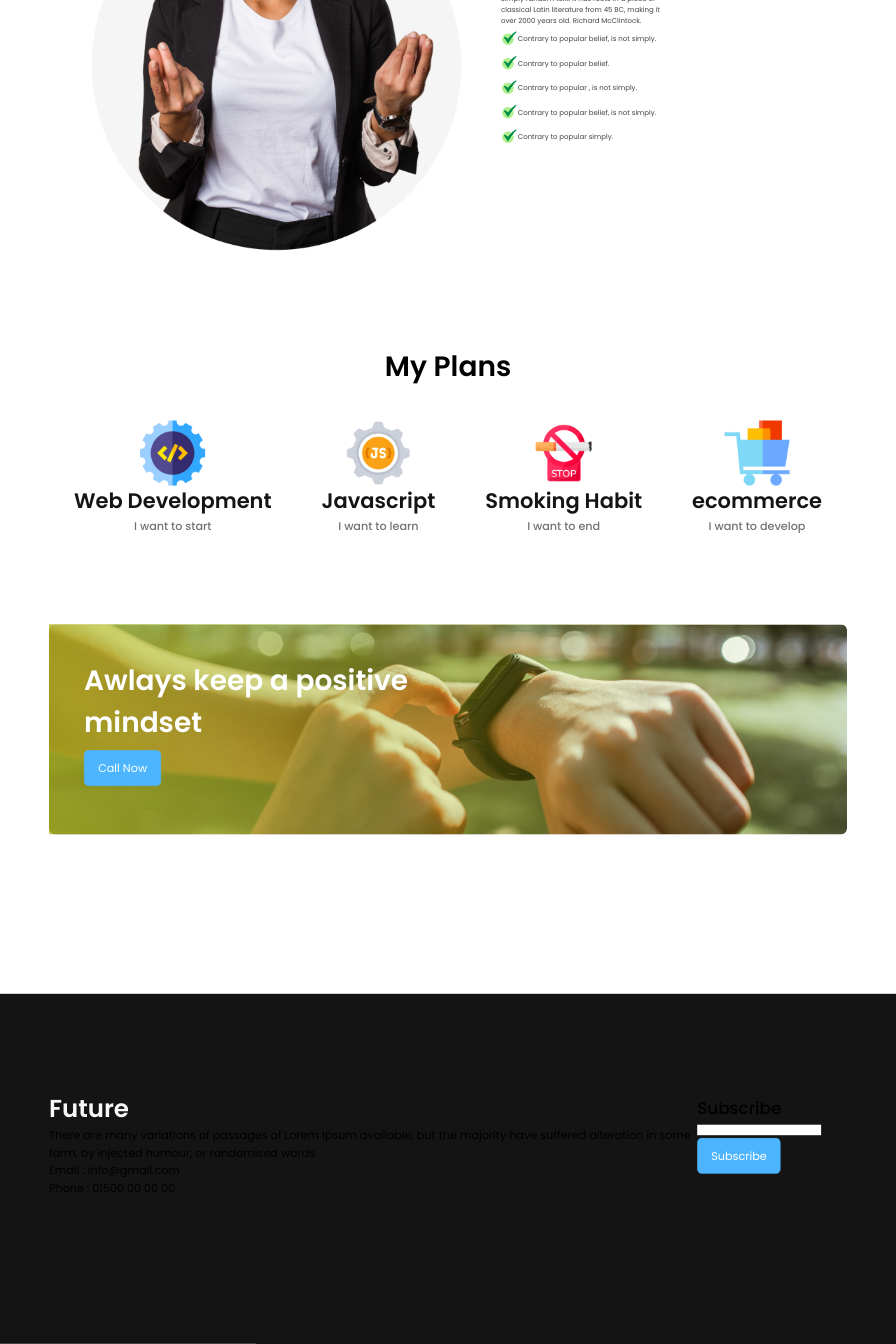
Repository: mdrubel02/new-year-new-mission
Page: index.html
These files come from the project's save history. The page is drawn as it stood at one moment and after the next save; the edit follows.
The browser window is 1280 px wide. The pictures show the part of the page from y = 1214 to 3134 px (the page is 3134 px tall), at 70% of full size.

Above is the page before, as saved 2023-01-07 01:50:28.

After the next save:
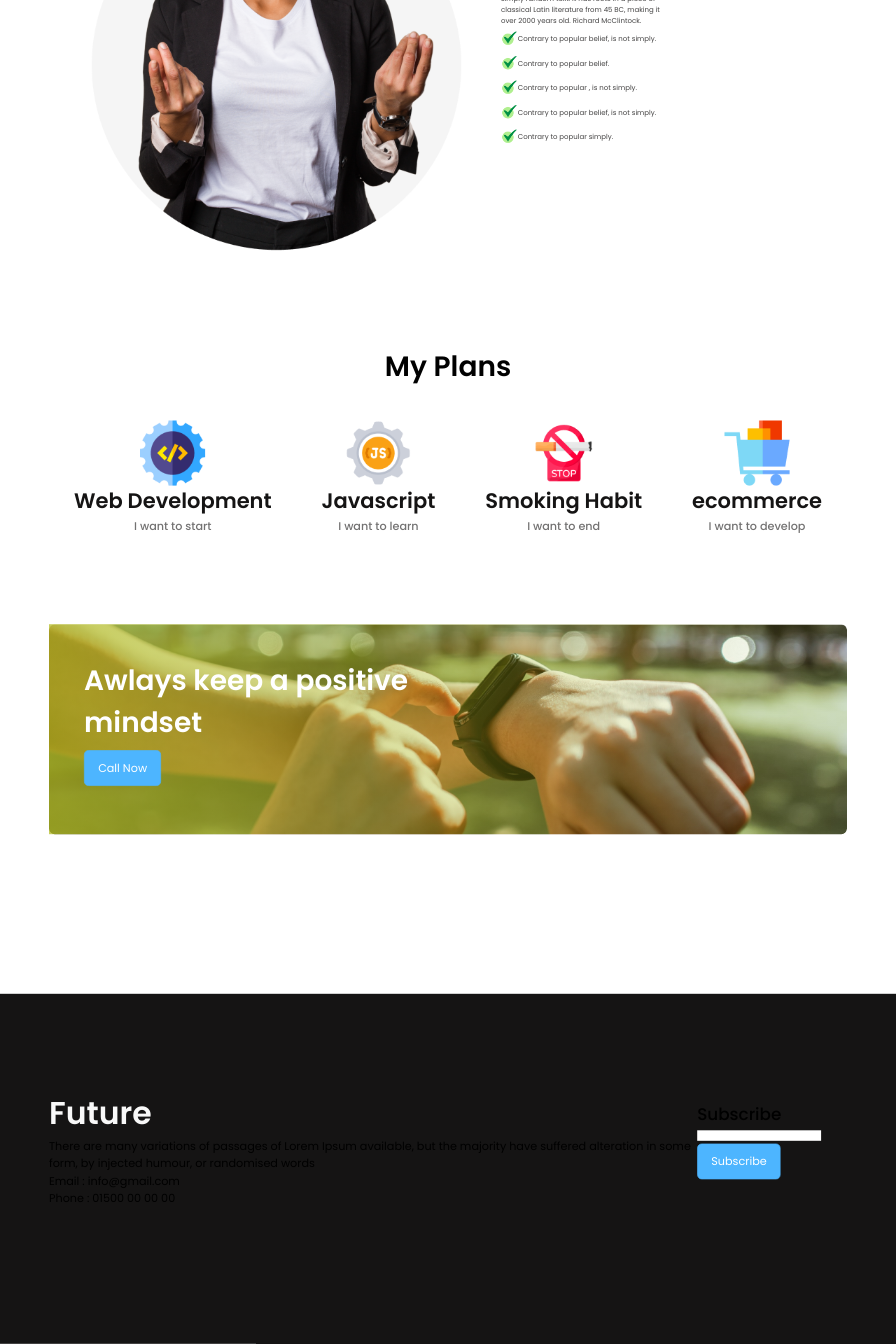
Saved 12 s later.
--- a/index.css
+++ b/index.css
@@ -230,7 +230,7 @@ a:hover {
     margin-top: 12%;
 }
 .footer_left h1{
-    font-size: 35px;
+    font-size: 45px;
     font-weight: 700;
     color: #F8F8F8;
 }
